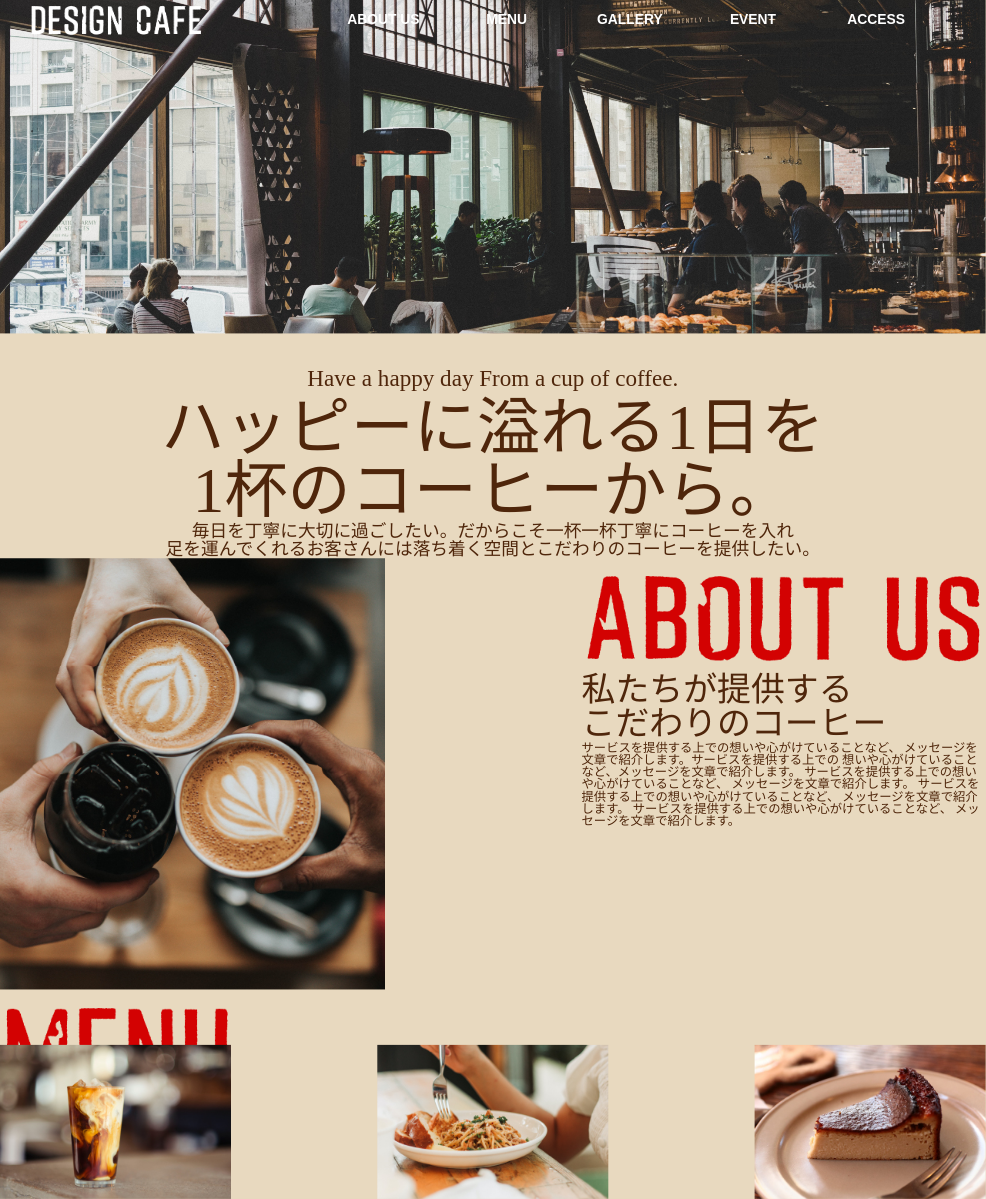
Repository: sonoyama01/dezasuta
Page: 第4回課題/index.html
The author's editor kept a copy of each file at every save. The page is drawn from the files as they stood at one save, then again after the next save.
The browser window is 1280 px wide. The pictures show the whole page, at 77% of full size.

Above is the page before, as saved 2024-05-02 03:33:50.

### 第4回課題/index.html
<!DOCTYPE html>
<html lang="ja">

<head>
    <meta charset="UTF-8">
    <meta name="viewport" content="width=device-width, initial-scale=1.0">
    <title>Desing Cafe</title>
    <link rel="stylesheet" href="./css/style.css">
</head>

<body>
    <!-- ヘッダー -->
    <header>
        <div class="header_slide">
            <div>
                <img src="./images/pc_first-100.jpg" alt="店内の様子">
            </div>
        </div>
        <div class="header_wrap">
            <h1 class="header_logo">
                <img src="./images/design_cafe_logo_header@2x.png" alt="desind cafe">
            </h1>
            <nav class="pc_nav">
                <ul>
                    <li><a href="#about_us">ABOUT US</a></li>
                    <li><a href="#">MENU</a></li>
                    <li><a href="#">GALLERY</a></li>
                    <li><a href="#">EVENT</a></li>
                    <li><a href="#">ACCESS</a></li>
                </ul>
            </nav>
        </div>
    </header>
    <div class="catch_copy">
        <p class="catch_copy_ja"><span class="en">Have a happy day From a cup of coffee.</span><br>
            ハッピーに溢れる1日を<br>
            1杯のコーヒーから。</p><!-- /.catch_copy -->
        <p>毎日を丁寧に大切に過ごしたい。だからこそ一杯一杯丁寧にコーヒーを入れ<br>
            足を運んでくれるお客さんには落ち着く空間とこだわりのコーヒーを提供したい。</p>
    </div><!-- /.catch_copy -->
    <!-- ABOUT US -->
    <section id="about_us_fx">
        <div class="about_us">
            <div class="about_us_im"><img src="./images/pc_about-100.jpg" alt=""></div>
            <div class="about_us_text">
                <img src="./images/about_us@2x.png" alt="">
                <p class="abouot_us_concept">私たちが提供する<br>
                    こだわりのコーヒー</p><!-- /.abouot_us_concept -->
                <p class="about_us_texts">
                    サービスを提供する上での想いや心がけていることなど、
                    メッセージを文章で紹介します。サービスを提供する上での
                    想いや心がけていることなど、メッセージを文章で紹介します。
                    サービスを提供する上での想いや心がけていることなど、
                    メッセージを文章で紹介します。
                    サービスを提供する上での想いや心がけていることなど、
                    メッセージを文章で紹介します。
                    サービスを提供する上での想いや心がけていることなど、
                    メッセージを文章で紹介します。
                </p><!-- /.about_us_text -->
            </div>

        </div><!-- /.about_us -->
    </section><!-- /#about_us -->

    <!-- MENU -->
    <section id="menu_fx">
        <h2><img src="./images/menu@2x.png" alt="menu"></h2>
        <div class="menu">
            <div class="drink">
                <img src="./images/pc_menu_drink-100.jpg" alt="drink">
            </div><!-- /.drink -->
            <div class="food">
                <img src="./images/pc_menu_food-100.jpg" alt="food">
            </div><!-- /.food -->
            <div class="sweets">
                <img src="./images/pc_menu_sweets-100.jpg" alt="sweet">
            </div><!-- /.sweets -->
        </div>
    </section><!-- /#menu_fx -->

</body>

</html>

### 第4回課題/css/style.css
@charset "utf-8";

/* cssリセット */

/*利用するタグによってこちらの内容は増やす*/

html,
body,
h1,
h2,
h3,
p,
dl,
dt,
dd,
ul,
li {
  margin: 0;
  padding: 0;
  line-height: 1;
  /*デフォルトの文字色、font-familyを予め当てておく*/
  color: #4f260b;
  font-family: "游明朝", YuMincho, "Hiragino Mincho ProN W3",
    "ヒラギノ明朝 ProN W3", "Hiragino Mincho ProN", "HG明朝E", "ＭＳ Ｐ明朝",
    "ＭＳ 明朝", serif;
}

a {
  /*下線を消す*/
  text-decoration: none;
  /*色を消す*/
  color: inherit;
  transition: 0.3s;
}

a:hover {
  opacity: 0.5;
}

ul {
  /*左の「・」を消す*/
  list-style: none;
}

img {
  max-width: 100%;
  vertical-align: bottom;
  border: none;
}

body {
  background-color: #e8d9bf;
  font-size: 23px;
}

/* ヘッダー */
.pc_nav ul {
  display: flex;
  gap: 55px;
}

.pc_nav ul li {
  width: 105px;
  text-align: center;
  color: #ffffff;
  font-weight: bold;
  font-size: 18px;
  font-family: "Hiragino Sans W3", "Hiragino Kaku Gothic ProN",
    "ヒラギノ角ゴ ProN W3", "メイリオ", Meiryo, "ＭＳ Ｐゴシック", "MS PGothic",
    sans-serif;
}

.header_logo {
  width: 226px;
}

.header_wrap {
  display: flex;
  justify-content: space-between;
  align-items: center;
  padding: 0 7% 0 3%;
  position: absolute;
  top: 0;
  left: 0;
  width: 100%;
  box-sizing: border-box;
}

/* ============================
* キャッチコピー
* ========================= */
.catch_copy {
  text-align: center;
}
.en {
  font-size: 30px;
}
.catch_copy_ja {
  font-size: 82px;
}

h2 {
  height: 72px;
}

/* ============================
* ABOUT US
* ========================= */
.about_us {
  display: flex;
  justify-content: space-between;
}
.about_us_im {
  width: 50%;
}
.abouot_us_concept {
  font-size: 44px;
}
.about_us_text {
  width: 41%;
}
.about_us_texts {
  font-size: 16px;
}

/* ============================
* MENU
* ========================= */
.menu_im {
  width: 15%;
  margin: 0 auto;
}
.menu {
  display: flex;
  justify-content: space-between;
}

After the next save:
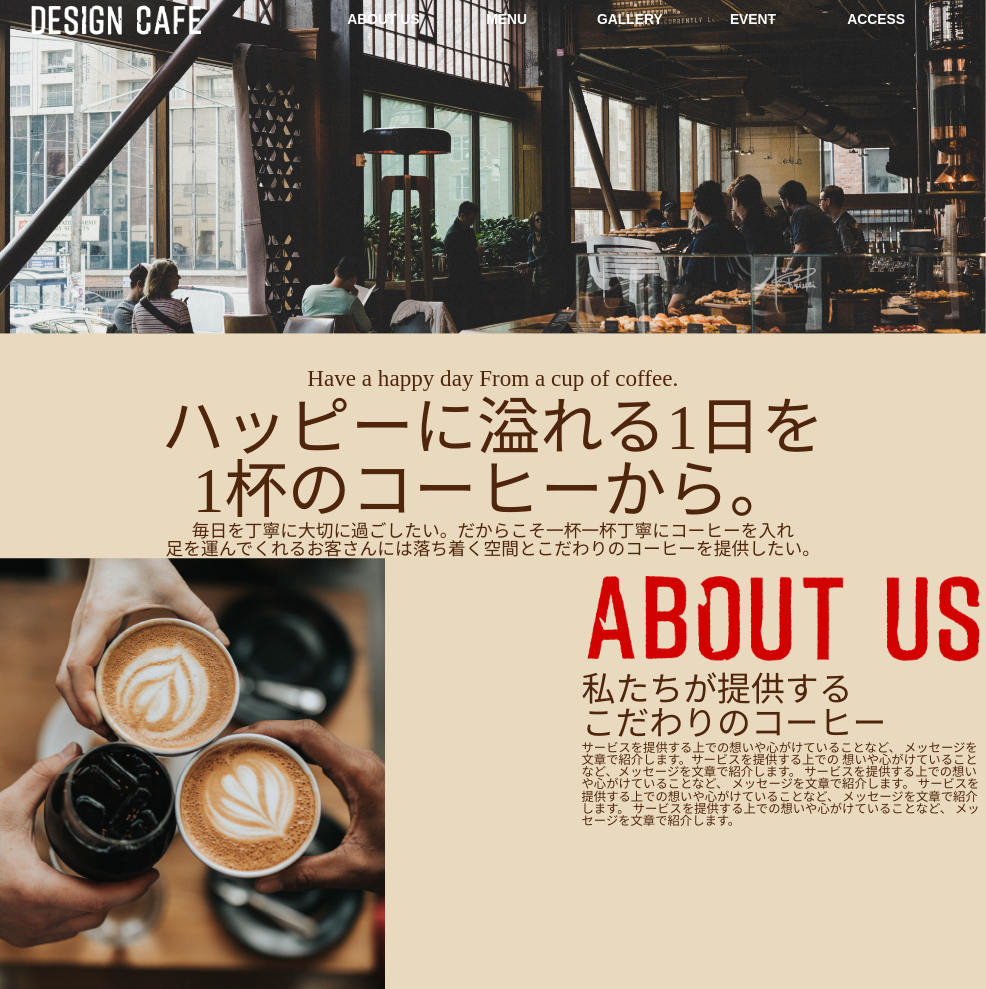
Saved 7 h 5 min later.
--- a/第4回課題/index.html
+++ b/第4回課題/index.html
@@ -63,20 +63,22 @@
     </section><!-- /#about_us -->
 
     <!-- MENU -->
-    <section id="menu_fx">
+    <!-- 上手くいかね
+        <section id="menu_fx">
         <h2><img src="./images/menu@2x.png" alt="menu"></h2>
         <div class="menu">
             <div class="drink">
                 <img src="./images/pc_menu_drink-100.jpg" alt="drink">
-            </div><!-- /.drink -->
+            </div>
             <div class="food">
                 <img src="./images/pc_menu_food-100.jpg" alt="food">
-            </div><!-- /.food -->
+            </div>
             <div class="sweets">
                 <img src="./images/pc_menu_sweets-100.jpg" alt="sweet">
-            </div><!-- /.sweets -->
+            </div>
         </div>
-    </section><!-- /#menu_fx -->
+    </section>/#menu_fx
+-->
 
 </body>
 
